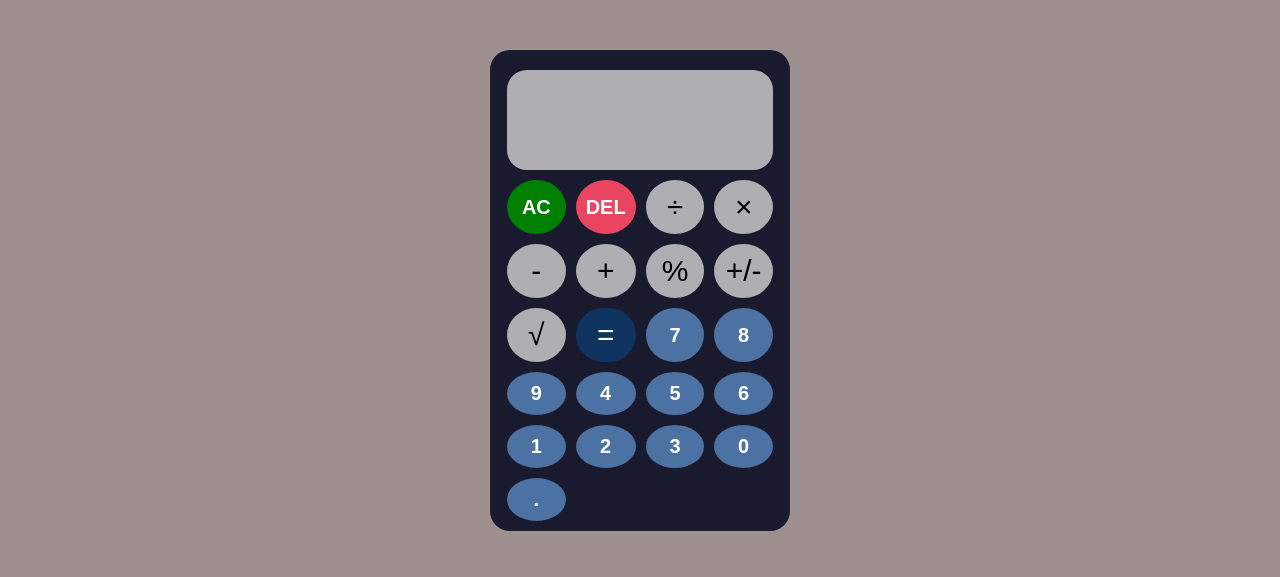
Repository: MikkyPrestige/js-calculator
Page: index.html
These files come from the project's save history. The page is drawn as it stood at one moment and after the next save; the edit follows.
The browser window is 1280 px wide. The pictures show the whole page.

Above is the page before, as saved 2023-05-08 01:45:14.

### index.html
<!DOCTYPE html>
<html lang="en">

<head>
  <meta charset="UTF-8">
  <meta http-equiv="X-UA-Compatible" content="IE=edge">
  <meta name="viewport" content="width=device-width, initial-scale=1.0">
  <title>JavaScript Calculator</title>
  <link rel="stylesheet" href="./index.css">
  <!-- <script src="script.js" defer></script> -->
</head>

<body>
  <main>
    <section class="calculator">
      <div class="output">
        <div class="output--curr"></div>
        <div class="output--prev"></div>
      </div>
      <div class="btns">
        <button class="btn clear">AC</button>
        <button class="btn del">DEL</button>
        <button class="btn op divide">÷</button>
        <button class="btn op multiply">×</button>
        <button class="btn op minus">-</button>
        <button class="btn op plus">+</button>
        <button class="btn op mod">%</button>
        <button class="btn op plusMinus">+/-</button>
        <button class="btn op square">√</button>
        <button class="btn equalTo">=</button>
        <button class="btn num seven">7</button>
        <button class="btn num eight">8</button>
        <button class="btn num nine">9</button>
        <button class="btn num four">4</button>
        <button class="btn num five">5</button>
        <button class="btn num six">6</button>
        <button class="btn num one">1</button>
        <button class="btn num two">2</button>
        <button class="btn num three">3</button>
        <button class="btn num zero">0</button>
        <button class="btn num dot">.</button>
      </div>
    </section>
  </main>
</body>

</html>

### index.css
*,
*::before,
*::after {
  box-sizing: border-box;
  margin: 0;
  padding: 0;
}

html {
  font-size: 62.5%;
}

body {
  font-family: 'Inter', sans-serif;
  font-size: 1.6rem;
  font-weight: 400;
  line-height: 1.5;
  background: #9F9090;
  min-height: 100%;
  width: 100%;
}

main {
  background: rgba(26, 26, 46, 1);
  width: 100%;
  max-width: 30rem;
  height: 100%;
  margin: 5rem auto;
  padding: 1rem;
  border-radius: 2rem;
  -webkit-border-radius: 2rem;
  -moz-border-radius: 2rem;
  -ms-border-radius: 2rem;
  -o-border-radius: 2rem;
}

.calculator {
  display: flex;
  flex-direction: column;
  justify-content: space-between;
  align-items: center;
  width: 100%;
  height: 100%;
}

.output {
  background: #AFAFB3;
  width: 95%;
  height: 10rem;
  border-radius: 2rem;
  -webkit-border-radius: 2rem;
  -moz-border-radius: 2rem;
  -ms-border-radius: 2rem;
  -o-border-radius: 2rem;
  display: flex;
  flex-direction: column;
  justify-content: space-around;
  align-items: flex-end;
  padding: 1rem;
  margin: 1rem 0;
}

.output--curr {
  font-size: 2.5rem;
  font-weight: 700;
  color: #000;
  border-bottom: 0.2rem solid rgba(0, 0, 0, 0.2);
  padding-bottom: .5rem;
}

.output--prev {
  font-size: 1.5rem;
  font-weight: 400;
  color: rgba(0, 0, 0, 0.5);
}

.btns {
  display: grid;
  grid-template-columns: repeat(4, 1fr);
  grid-gap: 1rem;
  grid-area:
    "clear divide multiply del"
    "square mod plusMinus cube"
    "seven eight nine minus"
    "four five six plus"
    "one two three equalTo"
    "zero zero dot equalTo";
  width: 95%;
  height: 100%;
}

.btn {
  border-radius: 50%;
  -webkit-border-radius: 50%;
  -moz-border-radius: 50%;
  -ms-border-radius: 50%;
  -o-border-radius: 50%;
  border: none;
  outline: none;
  font-size: 2rem;
  font-weight: 700;
  padding: 1rem;
  color: #FFFFFF;
  cursor: pointer;
  transition: all 0.2s ease-in-out;
  -webkit-transition: all 0.2s ease-in-out;
  -moz-transition: all 0.2s ease-in-out;
  -ms-transition: all 0.2s ease-in-out;
  -o-transition: all 0.2s ease-in-out;
}

.clear {
  background: #008000;
}

.del {
  background: #E94560;
}

.op {
  background: rgba(217, 217, 217, 0.78);
  color: #000;
  font-size: 3rem;
  font-weight: 300;
}

.num {
  background: #4B72A2;
}

.equalTo {
  background: #0F3460;
  font-size: 3rem;
  font-weight: 300;
  border-radius: 3rem;
  -webkit-border-radius: 3rem;
  -moz-border-radius: 3rem;
  -ms-border-radius: 3rem;
  -o-border-radius: 3rem;
}

After the next save:
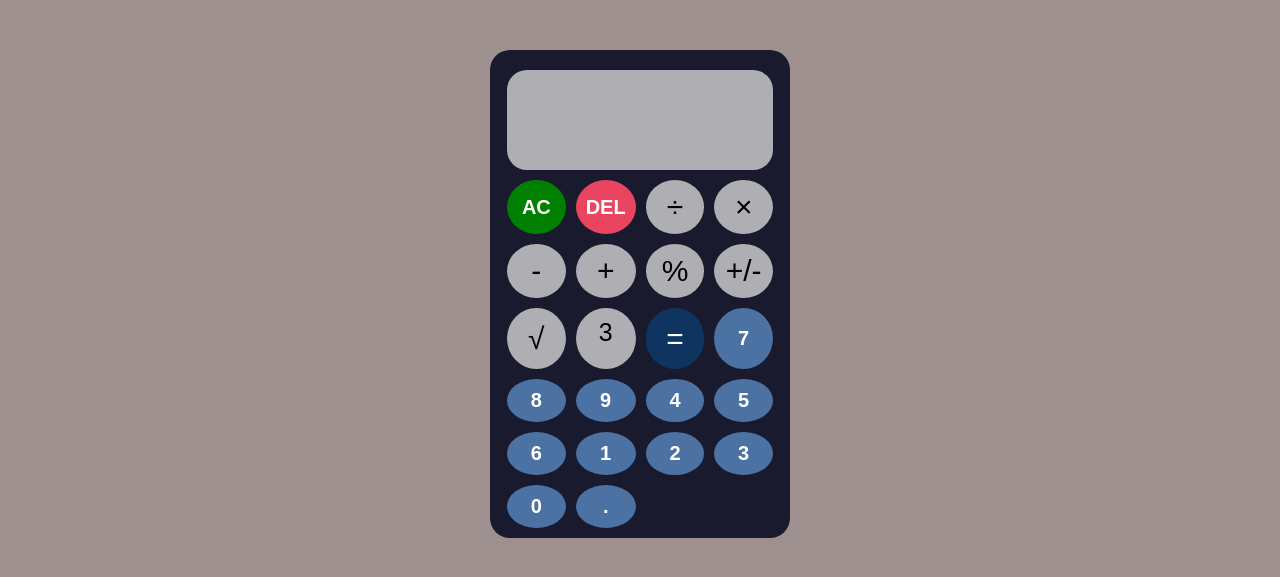
Saved 37 s later.
--- a/index.html
+++ b/index.html
@@ -27,6 +27,7 @@
         <button class="btn op mod">%</button>
         <button class="btn op plusMinus">+/-</button>
         <button class="btn op square">√</button>
+        <button class="btn op cube"><sup>3</sup></button>
         <button class="btn equalTo">=</button>
         <button class="btn num seven">7</button>
         <button class="btn num eight">8</button>
